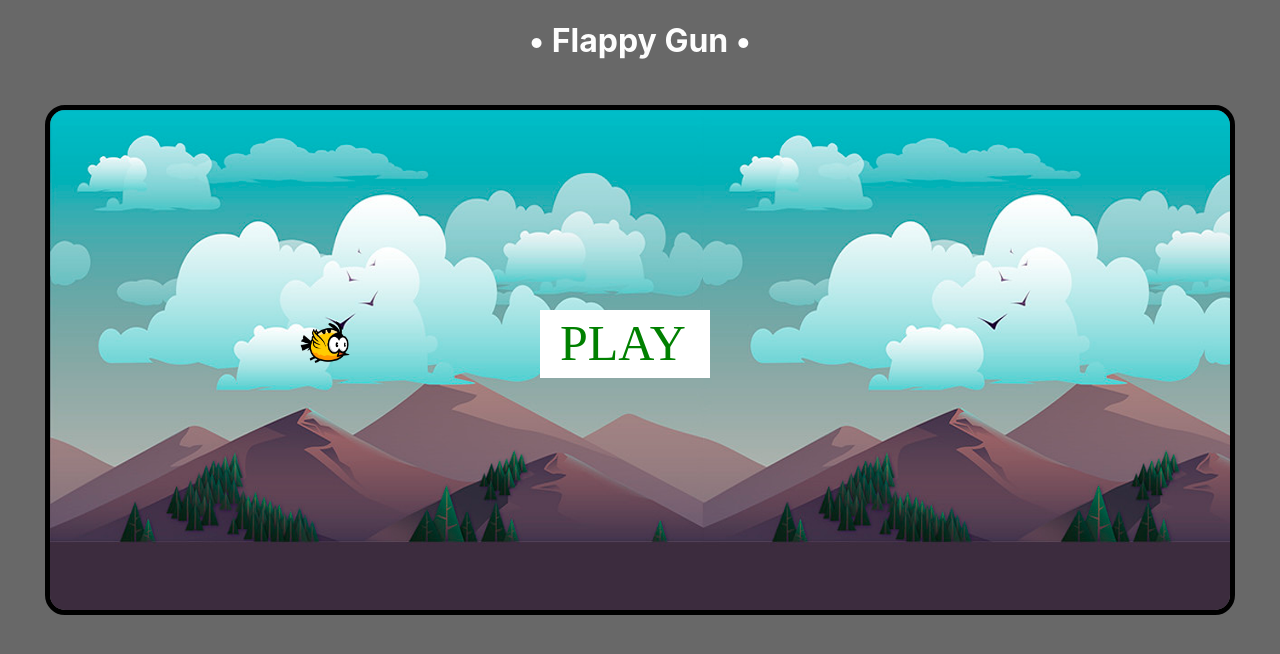
Repository: YuriPerro/MEU-JOGO
Page: Game.html
An editor plug-in stored every save of this project. The page is shown before and after the next save, followed by the edit.
The browser window is 1280 px wide. The pictures show the whole page.

Above is the page before, as saved 2019-09-28 13:28:33.

### Game.html
<!DOCTYPE html>
<html lang="pt">

<head>
    <meta charset="UTF-8">
    <meta name="viewport" content="width=device-width, initial-scale=1.0">
    <title> Flappy Gun </title>
    <script src="tiros.js"></script>
    <script src="Sprite.js"></script>
    <script src="Obstaculos.js"></script>
    <script src="AssetsManager.js"></script>
    <script src="enemy.js"></script>
    <link rel="stylesheet" href="style.css"/>
    <link rel="icon" href="Assets/icon.png" />
</head>

<body>
    <h1>• Flappy Gun •</h1>

    <script>
        var assetsMng = new AssetsManager();
        assetsMng.loadImage("player", "Assets/avatar1.png");
        var fundoMng = new AssetsManager();
        fundoMng.loadImage("bg", "Assets/bg_01.png");
        var tiroMng = new AssetsManager();
        tiroMng.loadImage("tiro", "Assets/tiros.png");
        var obsMng = new AssetsManager();
        obsMng.loadImage("obs", "Assets/obs.png");
        var obsMng2 = new AssetsManager();
        obsMng2.loadImage("obs2", "Assets/obs2.png");

        var canvas, pontos = 0, LARGURA, recorde = 0, ALTURA,
        ctx, frames = 0, velocidade = 5, estadoAtual;

        var bloco = new Sprite({});
        var OBS = new Obstaculos({});
        var inimigo = new enemy({});
        var tirosVetor = [];
        var dt, anterior = 0;
        var teclas = {
            espaco: 0,
            stop: 0,
        }
        estados = {
            jogar: 0,
            jogando: 1,
            perdeu: 2
        },
        chao = {
            y: 433,
            altura: 30,
            cor: "#black",
            desenha: function () {
                ctx.fillStyle = this.cor;
                ctx.fillRect(0, this.y, LARGURA, this.altura);
            }
        },

        addEventListener("keydown", function(e){
            if (e.keyCode == 38){
                bloco.pula();
            }
            if (e.keyCode == 87){
                teclas.espaco = 1;
            }
        });

        addEventListener("keyup", function(e){
            if(e.keyCode == 87){
                teclas.espaco = 0;
            }
        });

        addEventListener("mousedown", function clique(e) {
            if (estadoAtual == estados.jogar) {
                OBS.limpa();
                velocidade = 5;
                estadoAtual = estados.jogando;
                bloco.gravidade = 0.5;
            }
            else if (estadoAtual == estados.perdeu) {
                bloco.y = 220;
                bloco.gravidade = 0;
                estadoAtual = estados.jogar;
            }
        });

        function main() {                                                   //Função main
            ALTURA = window.innerHeight;
            LARGURA = window.innerWidth;
            if (LARGURA >= 500) {
                LARGURA = window.innerWidth - 100;
                ALTURA = 500;
            }
            canvas = document.createElement("canvas");
            canvas.width = LARGURA;
            canvas.height = ALTURA;

            canvas.style.border = "5px solid black";
            ctx = canvas.getContext("2d");

            document.body.appendChild(canvas);
            estadoAtual = estados.jogar;
            requestAnimationFrame(roda);
        }

        function roda(t) {
            dt = (t - anterior)/1000;
            atualiza();
            desenha();
            if(pontos > 0){
                inimigo.desenha(ctx);
                inimigo.mover(dt);
            }
            anterior = t
            ctx.drawImage(assetsMng.img("player"), bloco.x, bloco.y-5, 50, 50);


            if(teclas.espaco && teclas.stop == 0 && bloco.atirando <= 0){
                var tiro = new tiros({
                    x: bloco.x + 35,
                    y: bloco.y + 23,
                    w: 10,
                    h: 10,
                    vx: 400,
                    color: "black",
                });

                tirosVetor.push(tiro);
                bloco.atirando = 1/3;
            }

            bloco.mover(dt);

            for (var i = 0; i < tirosVetor.length; i++) {
                tirosVetor[i].mover(dt);
                ctx.drawImage(tiroMng.img("tiro"), tirosVetor[i].x-9, tirosVetor[i].y-8, 32, 32);
            }
            /*for (var i = 0; i < tirosVetor.length; i++) {
                tirosVetor[i].desenha(ctx);
            }*/
            for (var i = 0; i < tirosVetor.length; i++) {
                if (tirosVetor[i].x > canvas.width)
                tirosVetor.splice(i, 1);
            }

            requestAnimationFrame(roda);
        }

        function atualiza() {
            frames++;

            if (estadoAtual == estados.jogando) {
                OBS.atualiza(bloco);
                bloco.colidiuCom(OBS);
                bloco.atualiza(chao);
                inimigo.colidiu(tirosVetor);
                inimigo.atualiza(estadoAtual, estados);
                teclas.stop = 0;
            }

            if(estadoAtual == estados.perdeu){
                tirosVetor = [];
                teclas.stop = 1;
            }
            if(estadoAtual == estados.jogar){
                tirosVetor = [];
                teclas.stop = 1;
            }
        }
        function desenha() {
            //ctx.fillStyle = "lightgreen";              //Cor da canvas
            ctx.fillRect(0, 0, LARGURA, ALTURA);    //Localizaçao da canvas
            ctx.drawImage(fundoMng.img("bg"), 0, 0, LARGURA, ALTURA);

            if (estadoAtual == estados.jogar) {
                ctx.fillStyle = "white";                                        //Cor do retangulo do play
                ctx.fillRect((LARGURA / 2) - 100, (ALTURA / 2) - 50, 170, 68); //Localizaçao

                ctx.fillStyle = "green";                                    //Cor do PLAY
                ctx.font = "50px bold arial";                               //Tipografia do PLAY
                ctx.fillText("PLAY", (LARGURA / 2) - 80, (ALTURA / 2));     //Localizaçao do PLAY
            }
            else if (estadoAtual == estados.perdeu) {
                ctx.fillStyle = "white";                                //Fundo do PERDEU
                ctx.fillRect(0, (ALTURA / 2) - 150, LARGURA, 68);       //Localizaçao do PERDEU
                ctx.fillStyle = "white";                          //Fundo do New Game
                ctx.fillRect((LARGURA / 2) - 110, (ALTURA / 2) + 20, 150, 40);  // Localização

                ctx.fillStyle = "black";                                            //Cor do Record
                ctx.font = "35px bold arial";                                       //Tipografia
                ctx.fillText(recorde, (LARGURA / 2) + 15, (ALTURA / 2) - 12);       //Localizaçao da pontuaçao
                ctx.fillText("Record: ", (LARGURA / 2) - 110, (ALTURA / 2) - 12);   //Localizaçao da escrita

                ctx.fillStyle = "black";                                //Cor do New Game
                ctx.font = "25px bold moncspace";                       //Tipografia do New Game
                ctx.fillText("New Game", (LARGURA / 2) - 92, (ALTURA / 2) + 48);    //Localizaçao
                ctx.fillStyle = "red";                                  //Cor do Perdeu
                ctx.font = "50px bold moncspace";                       //Tipografia do Perdeu
                ctx.fillText("Tenta dnv campeão", (LARGURA / 2) - 230, (ALTURA / 2) - 100);    //Localizaçao
            }
            else if (estadoAtual == estados.jogando) {
                OBS.desenha(obsMng, obsMng2);
                ctx.fillStyle = "black";
                ctx.font = "45px bold impact";
                ctx.fillText(pontos, 145, 52);
                ctx.fillText("Score:", 30, 50);
            }
            bloco.desenha(ctx);
            //chao.desenha();
        }
        main();
        </script>
</body>
</html>

### tiros.js
function tiros(exemplo = {}){
    var {
        x = 100,
        y = 200,
        w = 7,
        h = 7,
        vx = 200,
        cd = 0,
        color = "black",
    } = exemplo;

    this.w = w;
    this.h = h;
    this.x = x;
    this.y = y;
    this.vx = vx;
    this.cd = cd;
    this.color = color;
}

tiros.prototype = new tiros({});
tiros.prototype.constructor = tiros;

tiros.prototype.desenha = function(ctx){
    ctx.fillStyle = this.color;
    ctx.fillRect(this.x, this.y, this.w, this.h);
}

tiros.prototype.mover = function(dt){
    this.x = this.x + this.vx * dt;
}

tiros.prototype.colidiu = function(){

}

### Sprite.js
function Sprite(exemplo = {}){
    var {
        x = 250,
        y = 215,
        largura = 50,
        altura = 40,
        vx = 0,
        vy = 0,
        color = "#F9483B",
        gravidade = 1.5,
        velocidade = 0,
        forcaDoPulo = 7,
        atirando = 0,
    } = exemplo;

    this.x = x;
    this.y = y;
    this.largura = largura;
    this.altura = altura;

    this.vx = vx;
    this.vy = vy;
    this.color = color;
    this.gravidade = gravidade;
    this.velocidade = velocidade;
    this.forcaDoPulo = forcaDoPulo;
    this.atirando = atirando;
}

Sprite.prototype = new Sprite({});
Sprite.constructor = Sprite;

Sprite.prototype.desenha = function(ctx){
    //ctx.fillStyle = this.color;
    //ctx.strokeStyle = "black";
    //ctx.fillRect(this.x, this.y, this.largura, this.altura);
    //ctx.strokeRect(this.x, this.y, this.largura, this.altura);
}

Sprite.prototype.pula = function(){
    this.velocidade = -this.forcaDoPulo;
}

Sprite.prototype.atualiza = function(chao){
    this.velocidade += this.gravidade;
    this.y += this.velocidade;

    if(this.y > chao.y - this.altura){
        this.y = chao.y - this.altura;
        this.velocidade = 0;
    }
}

Sprite.prototype.mover = function(dt){

    if( this.atirando > 0 ){
        this.atirando = this.atirando - dt;
    }
}

Sprite.prototype.colidiuCom = function(obs){
    if( obs.x <= -obs.largura)
        pontos += 1;

    if( this.y <= 0){
            estadoAtual = estados.perdeu;
        }

    if (this.x < obs.x + obs.largura && this.x + this.largura >= obs.x
        && this.y + this.altura >= chao.y - obs.altura){
            recorde = pontos;
            pontos = 0;
            estadoAtual = estados.perdeu;
        }
}

Sprite.prototype.colidiuCom2 = function(obs){

    if ( this.x < obs.x + obs.largura && this.x + this.largura >= obs.x
        && this.y <= obs.altura ){
            recorde = pontos;
            pontos = 0;
            estadoAtual = estados.perdeu;
    }
}

### Obstaculos.js
function Obstaculos(exemplo = {}){
    var {
        vetorObstaculo = [],
        vetorObstaculo2 = [],
        cores = ["black", "white", "red",
        "#422220", "#994F49", "#42BEC2", "#2D8285", "#57F9FF", "#66FF7A"],
        tempoInsere = 0,
    } = exemplo;
        this.vetorObstaculo2 = vetorObstaculo2;
        this.vetorObstaculo = vetorObstaculo;
        this.cores = cores;
        this.tempoInsere = tempoInsere;
}
Obstaculos.prototype = new Obstaculos ({});
Obstaculos.constructor = Obstaculos;

Obstaculos.prototype.insere = function (){
    this.vetorObstaculo.push({
        x: LARGURA,
        largura: 75,
        altura: Math.floor(100 * Math.random()) + Math.floor(100 * Math.random()),
        cor: this.cores[Math.floor(3 * Math.random())]
    });

    this.vetorObstaculo2.push({
        x: LARGURA,
        largura: 75,
        altura: Math.floor(100 * Math.random()) + Math.floor(100 * Math.random()),
        cor: this.cores[Math.floor(3 * Math.random())]
    });

    this.tempoInsere = 30 + Math.floor(60 * Math.random());
}

Obstaculos.prototype.atualiza = function (bloco){
    if (this.tempoInsere == 0) {
        this.insere();
    } else {
        this.tempoInsere--;

        for (var i = 0, tam = this.vetorObstaculo.length; i < tam; i++) {
            var obs = this.vetorObstaculo[i];
                obs.x -= velocidade;

                bloco.colidiuCom(obs);

             if (obs.x <= -obs.largura) {
                this.vetorObstaculo.splice(i, 1);
                tam--;
                i--;
            }
        }

        for (var i = 0, tam = this.vetorObstaculo2.length; i < tam; i++) {
            var obs2 = this.vetorObstaculo2[i];
                obs2.x -= velocidade;

                bloco.colidiuCom2(obs2);

             if (obs2.x <= -obs2.largura) {
                this.vetorObstaculo2.splice(i, 1);
                tam--;
                i--;
            }
        }
    }
}

Obstaculos.prototype.limpa = function () {
    this.vetorObstaculo = [];
    this.vetorObstaculo2 = [];
}

Obstaculos.prototype.desenha = function (obsMng){
    for (var i = 0, tam = this.vetorObstaculo.length; i < tam; i++) {
        var obs = this.vetorObstaculo[i];

        //ctx.fillStyle = obs.cor;
        //ctx.fillRect(obs.x, chao.y - obs.altura, obs.largura, obs.altura);
        ctx.drawImage(obsMng.img("obs"), obs.x, chao.y - obs.altura, obs.largura, obs.altura);
    }

    for (var i = 0, tam = this.vetorObstaculo2.length; i < tam; i++) {
        var obs = this.vetorObstaculo2[i];

        /*ctx.fillStyle = obs.cor;
        ctx.fillRect(obs.x, 0, obs.largura, obs.altura);*/

        ctx.drawImage(obsMng2.img("obs2"), obs.x, 0, obs.largura, obs.altura);
    }
}

### AssetsManager.js
function AssetsManager(){
    this.aCarregar = 0;
    this.carregadas = 0;
    this.assets = {};
}

AssetsManager.prototype.loadImage = function(key, url){
    this.aCarregar++;
    var imagem = new Image();

    //O que esta entre ${} ele imprime o valor da variavel
    console.log('imagem ${key}: ${url} carregada.');          //Um novo tipo de concatenaçao

    imagem.src = url;
    this.assets[key] = imagem;

    imagem.addEventListener("load", function(){
        this.carregadas++;
    })
}

AssetsManager.prototype.img = function(key){
    return this.assets[key];
}

### enemy.js
function enemy(exemplo = {}){
    var {
        x = 1300,
        y = 150,
        w = 40,
        h = 100,
        vx = 100,
        vy = 300,
        cont = 0,
        color = "black",
        atirando = 0,
        vetorTiros = [],
    } = exemplo;

    this.atirando = atirando;
    this.w = w;
    this.h = h;
    this.x = x;
    this.y = y;
    this.vx = vx;
    this.vy = vy;
    this.color = color;
    this.cont = cont;
    this.vetorTiros = vetorTiros;
}

enemy.prototype = new enemy();
enemy.prototype.constructor = enemy;

enemy.prototype.desenha = function(ctx){
    ctx.fillStyle = this.color;
    ctx.fillRect(this.x, this.y, this.w, this.h);
}

enemy.prototype.mover = function(dt){
    this.x = this.x - this.vx * dt;
    this.cont++;

    if( this.cont > 100){
        this.vx = 0;

        this.y = this.y - this.vy * dt;

        if( this.y <= 10){
            this.vy = -this.vy;
        }
        if(this.y + this.h >= 430){
            this.vy = this.vy * (-1);
        }
    }

    if(this.h > 0)
        this.atirar();

        if( this.atirando > 0 ){
            this.atirando = this.atirando - dt;
        }
}

enemy.prototype.colidiu = function(tirosVetor){
    if(this.vx == 0){
    for (var i = 0; i < tirosVetor.length; i++) {
        if( tirosVetor[i].x + tirosVetor[i].h >= this.x && tirosVetor[i].y <= this.y + this.h
            && tirosVetor[i].y + tirosVetor[i].h >= this.y && this.h > 0 ){
                this.h -= 25;
            }
        }
    }
}

enemy.prototype.atualiza = function(estadoAtual, estados){
    if( estadoAtual == estados.perdeu){
        this.h = 100;
    }
}

enemy.prototype.atirar = function(){
    if( this.vx == 0 && this.atirando <= 0){
    var tiro = new tiros({
            x: this.x,
            y: this.y+this.h/2,
            w: 10,
            h: 10,
            vx: -1000,
            color: "black",
        });
        this.atirando = 1/3;
        this.vetorTiros.push(tiro);
    }
    for (var i = 0; i < this.vetorTiros.length; i++) {
        this.vetorTiros[i].mover(dt);
    }
    for (var i = 0; i < this.vetorTiros.length; i++) {
        this.vetorTiros[i].desenha(ctx);
    }
    for (var i = 0; i < this.vetorTiros.length; i++) {
        if (this.vetorTiros[i].x < 0 )
        this.vetorTiros.splice(i, 1);
    }
}

### style.css
@keyframes fade{
    from{
        opacity: 0;
    }
    to {
        opacity: 1;
    }
}

h1 {
    text-align: center;
    font-family: -apple-system, BlinkMacSystemFont, 'Segoe UI', Roboto, Oxygen, Ubuntu, Cantarell, 'Open Sans', 'Helvetica Neue', sans-serif;
    color: rgb(253, 253, 253);
}

canvas {
    position: absolute;
    top: 0px;
    bottom: 0px;
    left: 0px;
    right: 0px;
    margin: auto;
    border-radius: 20px;

    animation: fade 0.5s;
    animation-delay: 1s;
    animation-fill-mode: backwards;
}

body {
    background-color: rgb(104, 104, 104);
}

After the next save:
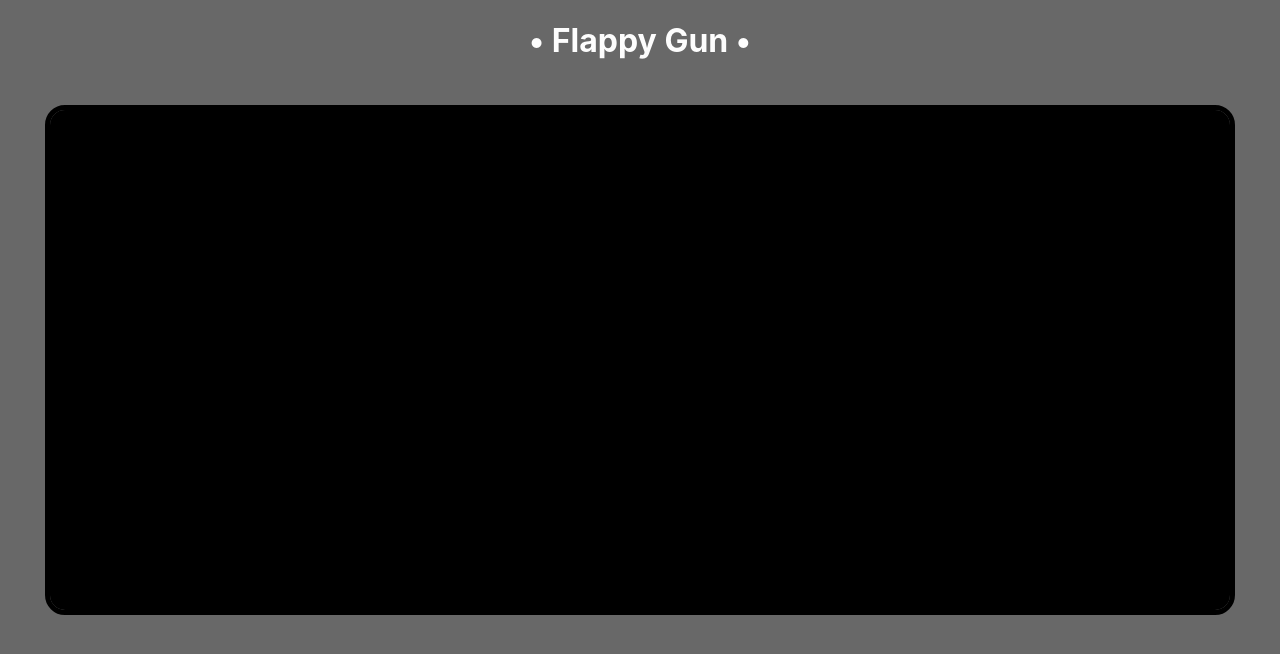
Console error (its wording comes from the project's code and is left out).
Not found: Assets/bg_02.png
Saved 44 h 45 min later.
--- a/Game.html
+++ b/Game.html
@@ -21,7 +21,7 @@
         var assetsMng = new AssetsManager();
         assetsMng.loadImage("player", "Assets/avatar1.png");
         var fundoMng = new AssetsManager();
-        fundoMng.loadImage("bg", "Assets/bg_01.png");
+        fundoMng.loadImage("bg", "Assets/bg_02.png");
         var tiroMng = new AssetsManager();
         tiroMng.loadImage("tiro", "Assets/tiros.png");
         var obsMng = new AssetsManager();

After the save that followed:
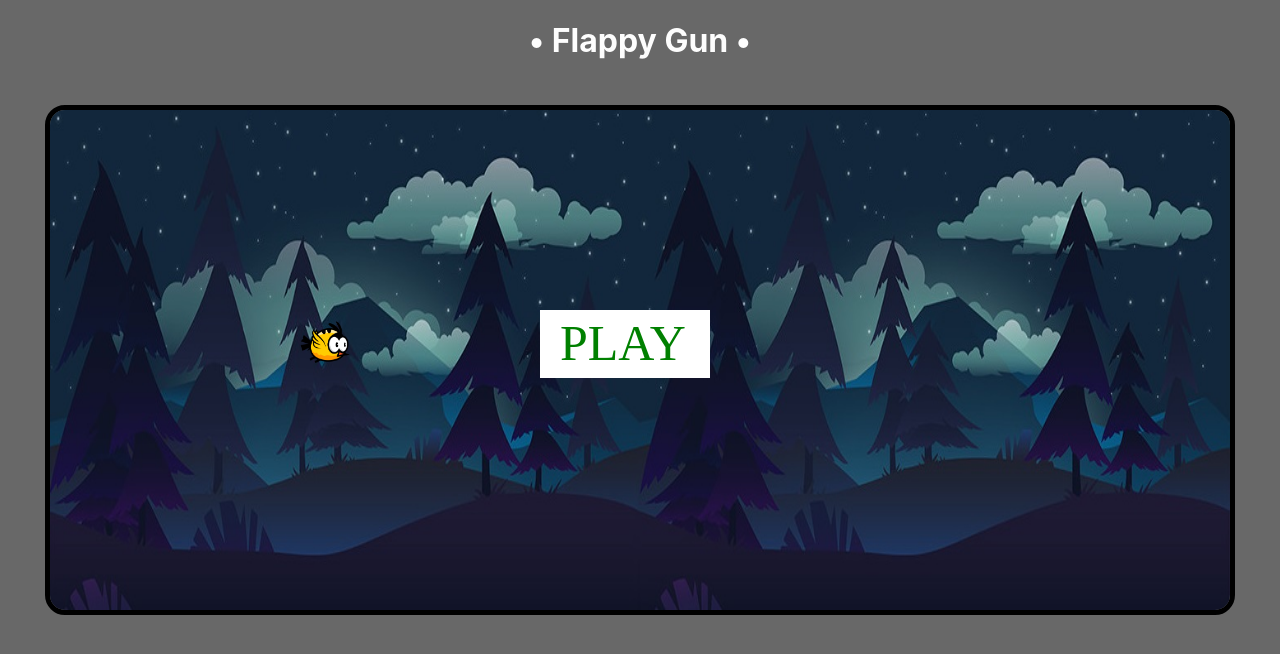
The error is gone.
Saved 28 s later.
--- a/Game.html
+++ b/Game.html
@@ -21,7 +21,7 @@
         var assetsMng = new AssetsManager();
         assetsMng.loadImage("player", "Assets/avatar1.png");
         var fundoMng = new AssetsManager();
-        fundoMng.loadImage("bg", "Assets/bg_02.png");
+        fundoMng.loadImage("bg", "Assets/bg_02.jpg");
         var tiroMng = new AssetsManager();
         tiroMng.loadImage("tiro", "Assets/tiros.png");
         var obsMng = new AssetsManager();
